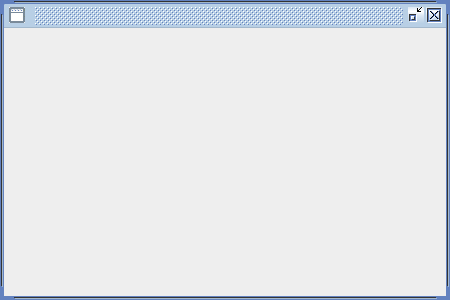
Repository: Mayky23/eclipse-workspace
Program's window: java JavaHelp/src/JavaHelp/VentanaSecundaria.java
These files come from the project's save history. The program's window is drawn as it stood at one moment and after the next save; the edit follows.
It runs on Java 21 on a 1366 x 768 screen with the Metal look.

Above is the program's window before, as saved 2024-01-11 18:11:21.

After the next save:
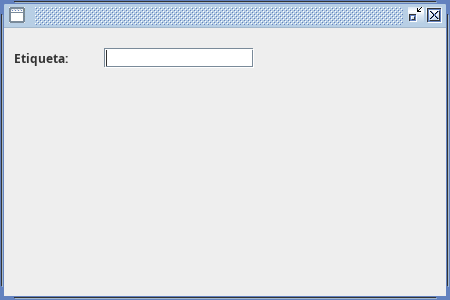
Saved 76 s later.
--- a/JavaHelp/src/JavaHelp/VentanaSecundaria.java
+++ b/JavaHelp/src/JavaHelp/VentanaSecundaria.java
@@ -3,40 +3,46 @@
 import java.awt.EventQueue;
 
 import javax.swing.JFrame;
+import javax.swing.JLabel;
 import javax.swing.JPanel;
+import javax.swing.JTextField;
 import javax.swing.border.EmptyBorder;
 
 public class VentanaSecundaria extends JFrame {
 
-	private static final long serialVersionUID = 1L;
-	private JPanel contentPane;
+    private static final long serialVersionUID = 1L;
+    private JPanel contentPane;
 
-	/**
-	 * Launch the application.
-	 */
-	public static void main(String[] args) {
-		EventQueue.invokeLater(new Runnable() {
-			public void run() {
-				try {
-					VentanaSecundaria frame = new VentanaSecundaria();
-					frame.setVisible(true);
-				} catch (Exception e) {
-					e.printStackTrace();
-				}
-			}
-		});
-	}
+    public static void main(String[] args) {
+        EventQueue.invokeLater(new Runnable() {
+            public void run() {
+                try {
+                    VentanaSecundaria frame = new VentanaSecundaria();
+                    frame.setVisible(true);
+                } catch (Exception e) {
+                    e.printStackTrace();
+                }
+            }
+        });
+    }
 
-	/**
-	 * Create the frame.
-	 */
-	public VentanaSecundaria() {
-		setDefaultCloseOperation(JFrame.EXIT_ON_CLOSE);
-		setBounds(100, 100, 450, 300);
-		contentPane = new JPanel();
-		contentPane.setBorder(new EmptyBorder(5, 5, 5, 5));
+    public VentanaSecundaria() {
+        setDefaultCloseOperation(JFrame.EXIT_ON_CLOSE);
+        setBounds(100, 100, 450, 300);
+        contentPane = new JPanel();
+        contentPane.setBorder(new EmptyBorder(5, 5, 5, 5));
 
-		setContentPane(contentPane);
-	}
+        setContentPane(contentPane);
+        contentPane.setLayout(null);  // Puedes cambiar el diseño según tus necesidades
 
+        // Añadir un JLabel
+        JLabel etiqueta = new JLabel("Etiqueta:");
+        etiqueta.setBounds(10, 20, 80, 20);
+        contentPane.add(etiqueta);
+
+        // Añadir un JTextField
+        JTextField textField = new JTextField();
+        textField.setBounds(100, 20, 150, 20);
+        contentPane.add(textField);
+    }
 }
